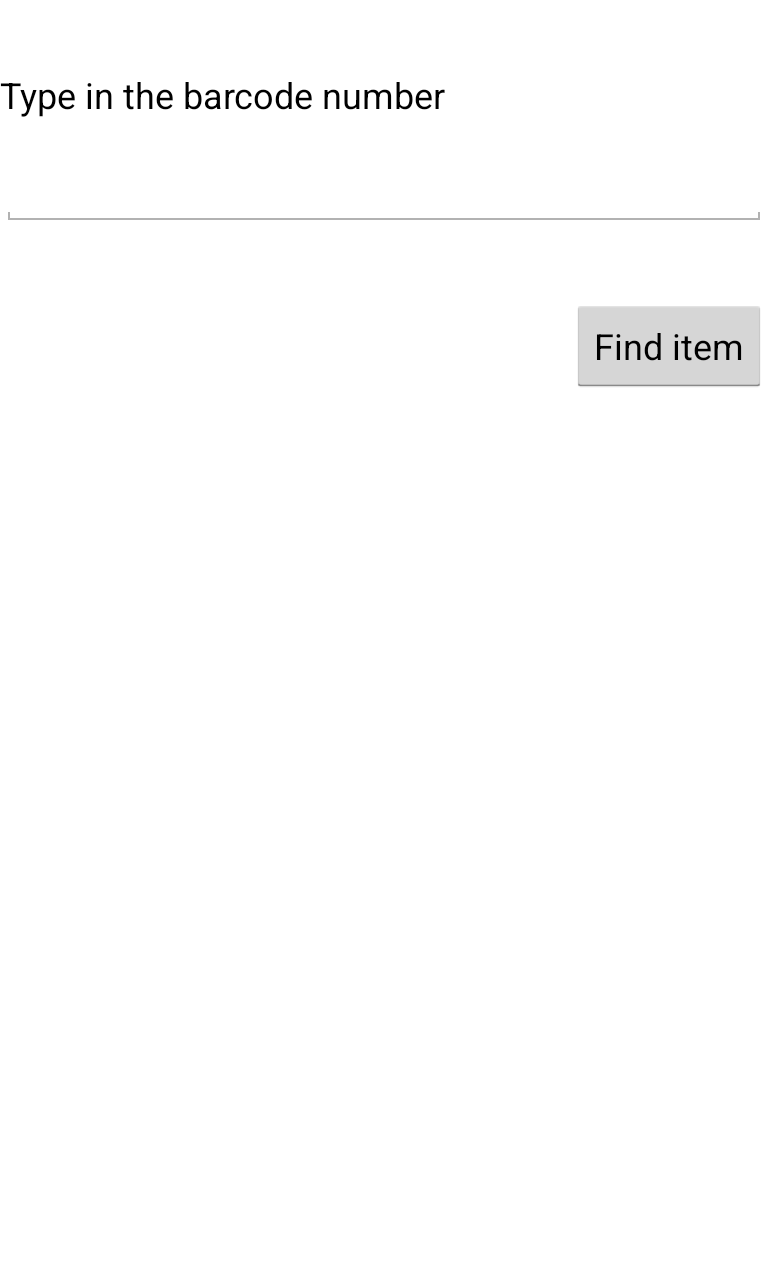
Repository: harvard-lil/wtwba-android-app
Layout: wtwba/res/layout/activity_type_barcode.xml
An editor plug-in stored every save of this project. The layout is shown before and after the next save, followed by the edit.
It is drawn on a 768 x 1280 px phone screen (xhdpi) without system bars, with theme AppTheme; the app's code is not run.

Above is the layout before, as saved 2013-03-20 15:12:20.

After the next save:
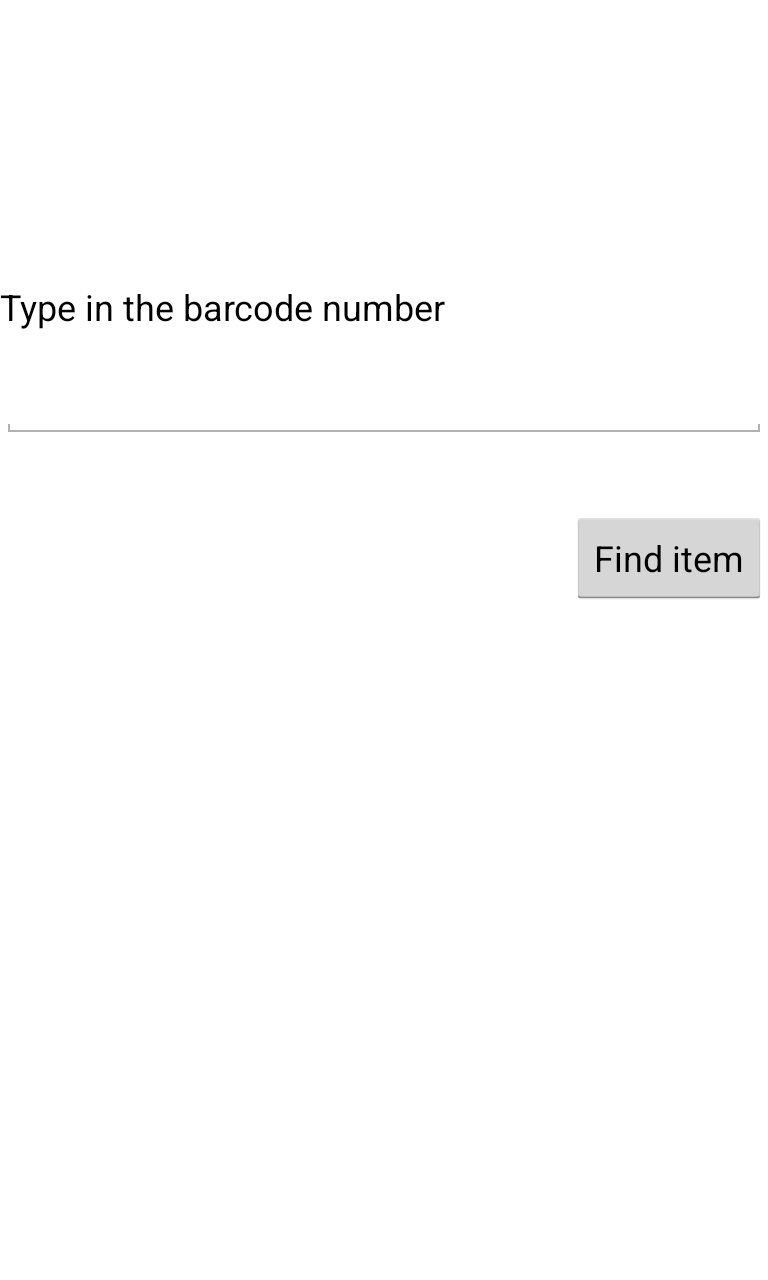
Saved 47 min 11 s later.
--- a/wtwba/res/layout/activity_type_barcode.xml
+++ b/wtwba/res/layout/activity_type_barcode.xml
@@ -10,8 +10,8 @@
 
     <ImageView
             android:id="@+id/barcode_example"
-            android:layout_width="wrap_content"
-            android:layout_height="wrap_content"
+            android:layout_width="300dp"
+            android:layout_height="106dp"
         	android:scaleType="fitXY"
         	android:layout_margin="10dp"
              android:adjustViewBounds="true"/>
